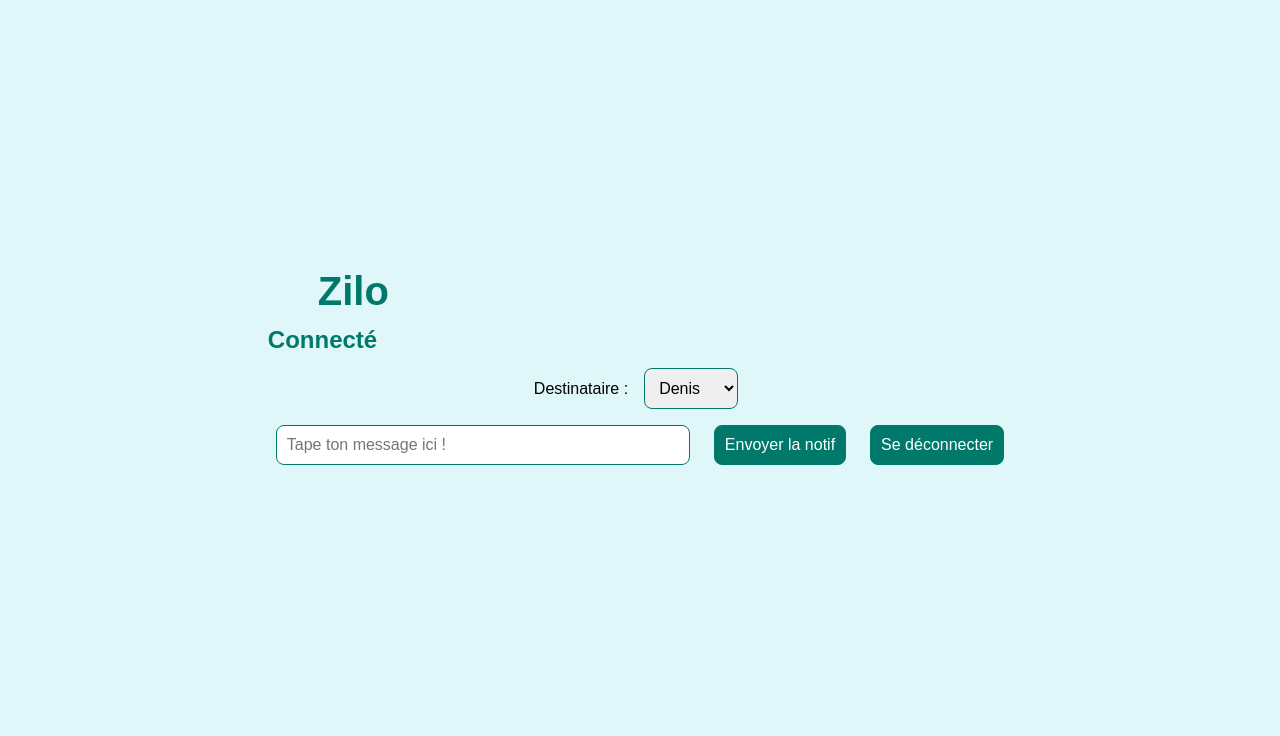
Repository: nlagardere/LumoNet
Page: public/index.html
An editor plug-in stored every save of this project. The page is shown before and after the next save, followed by the edit.
The browser window is 1280 px wide. The pictures show the whole page.

Above is the page before, as saved 2025-08-18 20:00:00.

### public/index.html
<!DOCTYPE html>
<html lang="fr">
<head>
  <meta charset="UTF-8" />
  <meta name="viewport" content="width=device-width, initial-scale=1.0" />
  <title>Zilo</title>
  <style>
    body {
      font-family: Arial, sans-serif;
      display:flex; flex-direction:column;
      align-items:center; justify-content:center;
      height:100vh; background:#e0f7fa;
    }

    h1, h2 {
      color:#00796b;
      margin:6px 0;
    }

    select, input, button {
      margin:8px;
      padding:10px;
      font-size:16px;
      border-radius:8px;
      border:1px solid #00796b;
    }

    button {
      background:#00796b;
      color:#fff;
      cursor:pointer;
    }

    button:hover{
      background:#004d40;
    }

    .row{
      display:flex;
      gap:8px;
      flex-wrap:wrap;
      align-items:center;
      justify-content:center;
    }


     .card h1 {
      font-size:2.5em;
      margin-bottom:12px;
      position: relative;
      top: -200;
      left: 50px
     }


  </style>
</head>
<body>
  <div class="card">
    <h1>Zilo</h1>
    <h2 id="welcome">Connecté</h2>

    <div class="row">
      <label for="recipient">Destinataire :</label>
      <select id="recipient">
        <option value="denis">Denis</option>
        <option value="nathan">Nathan</option>
      </select>
    </div>

    <div class="row">
      <input id="message" type="text" placeholder="Tape ton message ici !" size="40" />
      <button id="send">Envoyer la notif</button>
      <button id="logout">Se déconnecter</button>
    </div>
  </div>

  <script>
    const messageInput = document.getElementById('message');

    async function send(){
      const recipient = document.getElementById('recipient').value;
      const message = messageInput.value.trim();
      if(!message){ alert('Écris un message !'); return; }

      const res = await fetch('/api/send', {
        method:'POST', headers:{'Content-Type':'application/json'},
        body: JSON.stringify({ recipient, message })
      });
      const data = await res.json();
      if(data.ok){
        messageInput.value = '';
        alert('Notification envoyée !');
      } else {
        if(res.status === 401){
          // non connecté → renvoie vers la connexion
          window.location.href = '/login.html';
        } else {
          alert('Erreur : ' + (data.error||'inconnue'));
        }
      }
    }

    async function logout(){
      await fetch('/api/logout');
      window.location.href = '/login.html';
    }

    document.getElementById('send').addEventListener('click', send);
    document.getElementById('logout').addEventListener('click', logout);
    messageInput.addEventListener('keydown', e => { if(e.key==='Enter') send(); });
  </script>
</body>
</html>

After the next save:
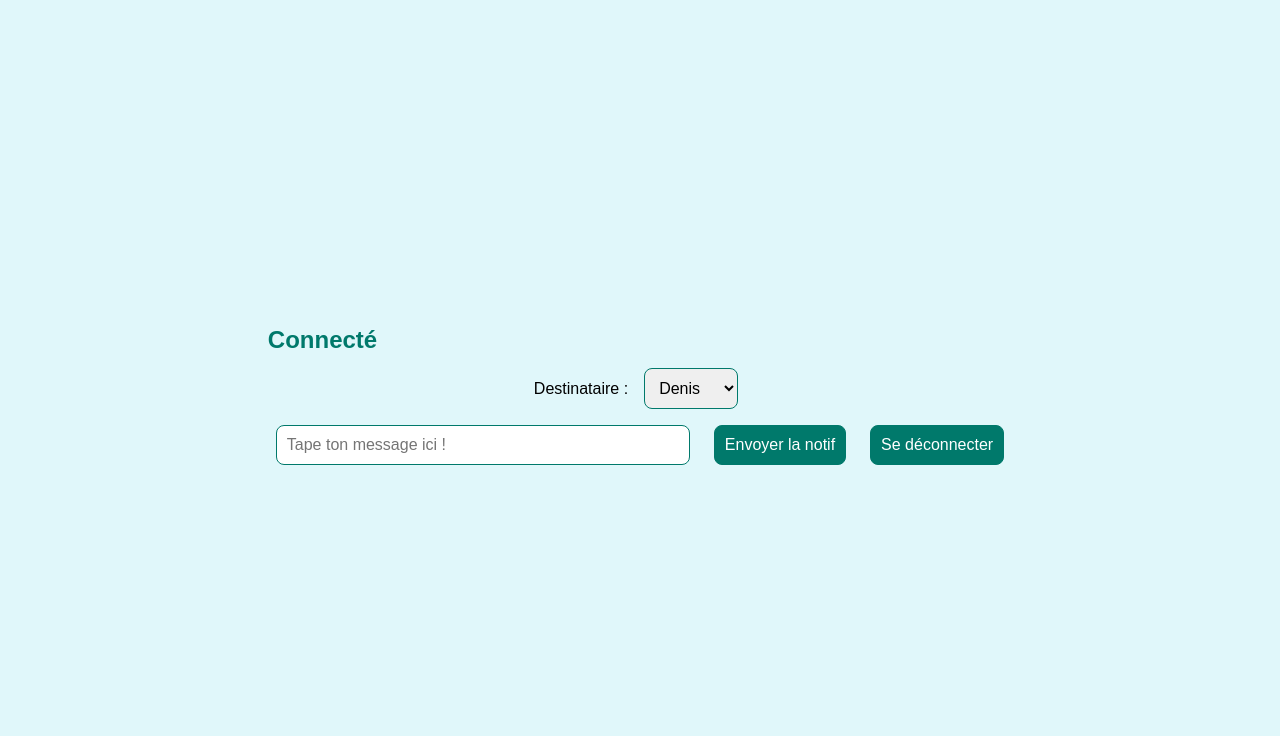
Saved 5 s later.
--- a/public/index.html
+++ b/public/index.html
@@ -48,7 +48,7 @@
       font-size:2.5em;
       margin-bottom:12px;
       position: relative;
-      top: -200;
+      top: -200%;
       left: 50px
      }
 
